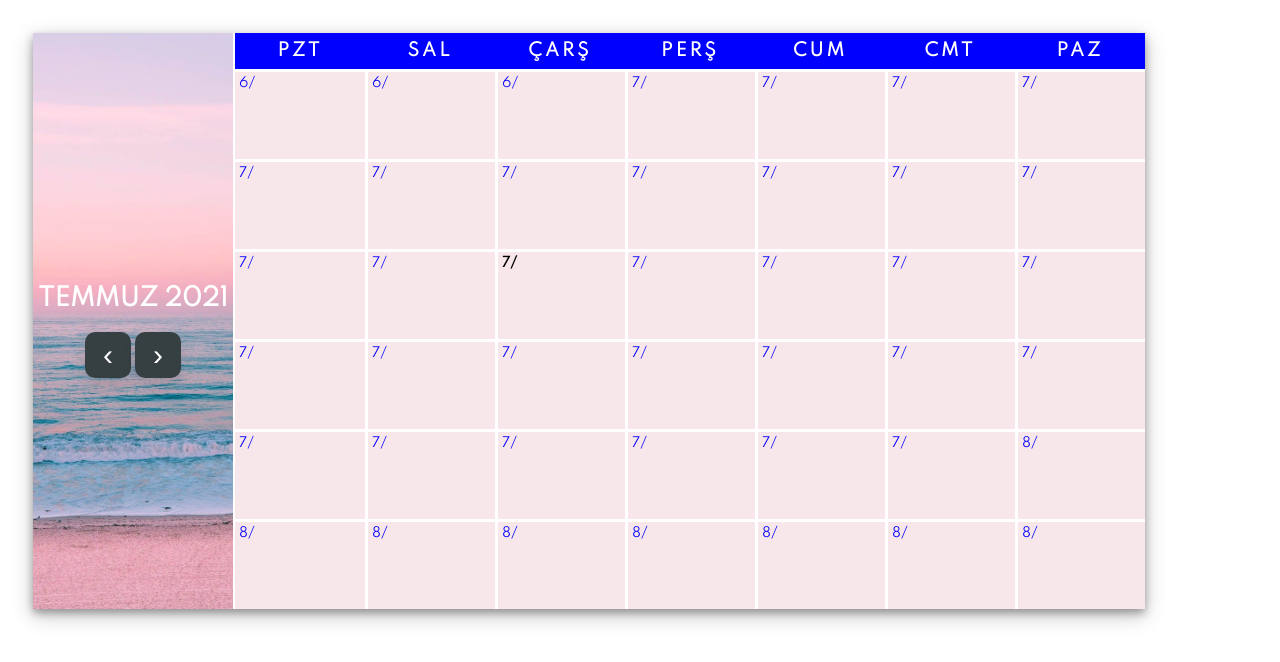
Repository: ahmetbugraozcan/javascript-calendar
Page: tablo.html
An editor plug-in stored every save of this project. The page is shown before and after the next save, followed by the edit.
The browser window is 1280 px wide. The pictures show the whole page.

Above is the page before, as saved 2021-07-14 11:58:51.

### tablo.html
<!DOCTYPE html>
<html lang="en">

<head>
    <link href='https://fonts.googleapis.com/css?family=Spartan' rel='stylesheet' type='text/css'>

    <meta charset="UTF-8">
    <meta http-equiv="X-UA-Compatible" content="IE=edge">
    <meta name="viewport" content="width=device-width, initial-scale=1.0">
    <title>Document</title>
</head>
<!--pazartesi salı çarş... için arrayler oluştur. arraylere göre günleri yerleştir.-->
<!--Veritabanı için dizi içinden kontroledivez. örneğin pazartesi[1] değeri 12 mayıs 2021 e eşitse databasede bununla eşleşen değeri getir
    ardından pazartesi[1] e eşdeğer olan id'li divin içeriği değişecek.-->

<style>
    /*bu rengi rgb(109, 109, 109) deaktifler için  de kullanabiliriz*/
    :root {
        /*üssttekilerden borderi al*/
        --border: 3.8px solid white;
        /* --border: 3.5px solid rgb(109, 109, 109);  */
        --backgroundcolor: #F8E7EA;
        /* --containercolor: #cc3c37; */
        /* --containercolor: rgb(196, 180, 180); */
        --containercolor: white;
    }

    body {
        font-family: 'Spartan', sans-serif;
    }

    * {
        box-sizing: border-box;
    }

    .days {
        background-color: blue;
        padding: 8px;
        color: white;
        letter-spacing: 3px;
        font-weight: bold;
        font-size: 17px;

    }

    .days,
    h2 {

        text-align: center;
    }


    .cell-last {

        border: none;
    }

    .cell-top {

        border-top: var(--border);
    }

    .button {
        /* butonları uzaklaştırıyor margin: 10px; */
        box-shadow: 0px white;
        font-size: 30px;
        background-color: #363f42;
        /* Green */
        border: none;
        border-radius: 10px;
        color: white;
        padding: 6px 18px;
        text-align: center;
        text-decoration: none;
        display: inline-block;
        box-shadow: 0px 8px 15px rgba(0, 0, 0, 0.1);
        transition: all 0.3s ease 0s;
        cursor: pointer;
    }

    .button:hover {
        background-color: #dce0dc;
        color: black;
        box-shadow: 0px 15px 20px rgba(209, 228, 220, 0.4);

        transform: translateY(-7px);
    }

    /* her hücre*/
    .cell,
    .cell-top,
    .cell-last {
        padding: 4px;
        cursor: pointer;
        background-color: var(--backgroundcolor);
        color: black;
        text-align: left;
        font-size: 13px;
        padding-right: 5px;
        text-overflow: clip;
        white-space: nowrap;
        overflow: hidden;
        border-top: var(--border);
        border-left: var(--border);
        width: 130px;
        height: 90px;
    }


    /*tablonun kendisi*/
    .calendar {

        box-shadow: 0 4px 8px 0 rgba(0, 0, 0, 0.3), 0 6px 20px 0 rgba(0, 0, 0, 0.24);
        margin: 25px;
        /* padding-right: 20px; #f26430; */
        overflow: hidden;
        display: flex;
        width: fit-content;
        background-color: var(--containercolor);
    }


    .container {

        display: flex;
        width: fit-content;
        flex-direction: row;
    }

    .not-defteri-header {

        justify-content: center;
        flex-direction: row;
        display: flex;
        align-items: center;
    }

    .calendar-header {
        /*default*/
        /* background-image: url('/images/ilkbahar.jpg'); */
        color: rgb(255, 255, 255);
        background-size: cover;
        margin-right: 2px;
        justify-content: center;
        width: 200px;
        flex-direction: column;
        display: flex;
        align-items: center;
    }

    .not-defteri {
        display: none;
        background-color: red;
        width: 350px;
    }
</style>

<body>

    <span class="container">
        <div class="calendar">
            <div class="calendar-header", id="calendar-header">
                <div>
                    <h2 id="currentDate"></h2>
                </div>
                <div>
                    <span>
                        <button type="button" class="button" id="next-button" onclick="previousDate()">
                            &#8249
                        </button>
                    </span>
                    <span>
                        <button class="button" id="previous-button" type="button" onclick="nextDate()">
                            &#8250
                        </button>
                    </span>
                </div>



            </div>
            <div>
                <div>
                    <div class="days">PZT</div>
                </div>
                <div class="cell-top" style="border-left: none;" id="pazartesi0">1</div>
                <div class="cell" style="border-left: none;" id="pazartesi1">1</div>
                <div class="cell" style="border-left: none;" id="pazartesi2">1</div>
                <div class="cell" style="border-left: none;" id="pazartesi3">1</div>
                <div class="cell" style="border-left: none;" id="pazartesi4">1</div>
                <div style="border-bottom: none; border-left: none;" class="cell" id="pazartesi5">1</div>
            </div>
            <div>
                <div>
                    <div class="days">SAL</div>
                </div>
                <div class="cell-top" id="sali0">1</div>
                <div class="cell" id="sali1">1</div>
                <div class="cell" id="sali2">1</div>
                <div class="cell" id="sali3">1</div>
                <div class="cell" id="sali4">1</div>
                <div style="border-bottom: none;" class="cell" id="sali5">1</div>
            </div>
            <div>
                <div>
                    <div class="days">ÇARŞ</div>
                </div>
                <div class="cell-top" id="carsamba0">1</div>
                <div class="cell" id="carsamba1">1</div>
                <div id="carsamba2" class="cell">1</div>
                <div id="carsamba3" class="cell">1</div>
                <div id="carsamba4" class="cell">1</div>
                <div style="border-bottom: none;" id="carsamba5" class="cell">1</div>
            </div>
            <div>
                <div>
                    <div class="days">PERŞ</div>
                </div>
                <div class="cell-top" id="persembe0">1</div>
                <div class="cell" id="persembe1">1</div>
                <div id="persembe2" class="cell">1</div>
                <div id="persembe3" class="cell">1</div>
                <div id="persembe4" class="cell">1</div>
                <div style="border-bottom: none;" id="persembe5" class="cell">1</div>
            </div>
            <div>
                <div>
                    <div class="days">CUM</div>
                </div>
                <div class="cell-top" id="cuma0">1</div>
                <div class="cell" id="cuma1">1</div>
                <div id="cuma2" class="cell">1</div>
                <div id="cuma3" class="cell">1</div>
                <div id="cuma4" class="cell">1</div>
                <div style="border-bottom: none;" id="cuma5" class="cell">1</div>
            </div>
            <div>
                <div>
                    <div class="days">CMT</div>
                </div>
                <div class="cell-top" id="cumartesi0">1</div>
                <div class="cell" id="cumartesi1">1</div>
                <div class="cell" id="cumartesi2">1</div>
                <div class="cell" id="cumartesi3">1</div>
                <div class="cell" id="cumartesi4">1</div>
                <div style="border-bottom: none;" class="cell" id="cumartesi5">1</div>

            </div>
            <div>

                <div>
                    <div class="days">PAZ</div>
                </div>
                <div id="pazar0" class="cell-top">1</div>
                <div id="pazar1" class="cell-last">1</div>
                <div id="pazar2" class="cell-last">1</div>
                <div id="pazar3" class="cell-last">1</div>
                <div id="pazar4" class="cell-last">1</div>
                <div style="border-bottom: none;" id="pazar5" class="cell-last">1</div>
            </div>
        </div>
        <div id="not-defteri" class="not-defteri">
            <div class="not-defteri-header">
                <h1>Yapılacaklar</h1>
                <button onclick="disableNotePad()">Kapat</button>
            </div>
            <div id="not-defteri-1"></div>
            <div id="not-defteri-2"></div>

        </div>
    </span>

    <script src="takvim.js">
    </script>



</html>

### takvim.js
function daysInMonth(month, year) {
    return new Date(year, month, 0).getDate();
}


var currentDate = new Date();
var pazartesi = [];
var sali = [];
var carsamba = [];
var persembe = [];
var cuma = [];
var cumartesi = [];
var pazar = [];
var gunler = ["pazar", "pazartesi", "sali", "carsamba", "persembe", "cuma", "cumartesi"];
var baslanacakDate = new Date(currentDate.getFullYear(), currentDate.getMonth(), 1);
var currentMonth = baslanacakDate.getMonth();
var currentYear = baslanacakDate.getFullYear();

// document.getElementById("previous-button").onclick = previousDate();
// document.getElementById("next-button").onclick = nextDate();

fillCalendar();




function fillCalendar() {

    var firstDate = baslanacakDate.getDay();
    if (firstDate == 0) {
        firstDate = 7;
    }
    baslanacakDate.setDate((baslanacakDate.getDate()) - (firstDate));
    // var today = new Date();
    // var todayWithoutTime = new Date(today.getFullYear(), today.getMonth(), today.getDate() );



    for (let i = 1; i <= 42; i++) {
        baslanacakDate.setDate((baslanacakDate.getDate()) + (1));
        // bir tabloda 42 gün var o ayın kaç çektiğini bul bu aydan geriye kaç sayacağız ona bul bu aydan ileri kaç sayacağız onu bul ve ona göre bir date oluştur.
        //ardından bu for döngüsünü kullan

        // if(baslanacakDate.toDateString() ==  todayWithoutTime.toDateString()){
        //     console.log("bugün eşitlendi : " + i);
        //     counter = i;
        // }

        switch (baslanacakDate.getDay()) {
            case 0:
                pazar.push(baslanacakDate.toLocaleDateString());

                break;
            case 1:
                pazartesi.push(baslanacakDate.toLocaleDateString());
                break;
            case 2:
                sali.push(baslanacakDate.toLocaleDateString());
                break;
            case 3:
                carsamba.push(baslanacakDate.toLocaleDateString());
                break;

            case 4:
                persembe.push(baslanacakDate.toLocaleDateString());
                break;

            case 5:
                cuma.push(baslanacakDate.toLocaleDateString());
                break;

            case 6:
                cumartesi.push(baslanacakDate.toLocaleDateString());
                break;
        }
    }


    document.getElementById("currentDate").innerHTML = getMonthAsString(currentMonth) + " " + currentYear;
    for (let i = 0; i < 6; i++) {
        document.getElementById(`pazar${i}`).innerHTML = getDayAsString(pazar[i]);

        document.getElementById(`pazartesi${i}`).innerHTML = getDayAsString(pazartesi[i]);
        document.getElementById(`sali${i}`).innerHTML = getDayAsString(sali[i]);
        document.getElementById(`carsamba${i}`).innerHTML = getDayAsString(carsamba[i]);
        document.getElementById(`persembe${i}`).innerHTML = getDayAsString(persembe[i]);
        document.getElementById(`cuma${i}`).innerHTML = getDayAsString(cuma[i]);
        document.getElementById(`cumartesi${i}`).innerHTML = getDayAsString(cumartesi[i]);

        document.getElementById(`pazar${i}`).style.color = "#0000FF";
        document.getElementById(`pazar${i}`).style.fontWeight = "500";

        document.getElementById(`pazartesi${i}`).style.color = "#0000FF";
        document.getElementById(`pazartesi${i}`).style.fontWeight = "500";

        document.getElementById(`sali${i}`).style.color = "#0000FF";
        document.getElementById(`sali${i}`).style.fontWeight = "500";

        document.getElementById(`carsamba${i}`).style.color = "#0000FF";
        document.getElementById(`carsamba${i}`).style.fontWeight = "500";

        document.getElementById(`persembe${i}`).style.color = "#0000FF";
        document.getElementById(`persembe${i}`).style.fontWeight = "500";

        document.getElementById(`cuma${i}`).style.color = "#0000FF";
        document.getElementById(`cuma${i}`).style.fontWeight = "500";

        document.getElementById(`cumartesi${i}`).style.color = "#0000FF";
        document.getElementById(`cumartesi${i}`).style.fontWeight = "500";

        document.getElementById(`pazar${i}`).onclick = function (event) {
            testfunc(`pazar${i}`);
        }
        document.getElementById(`pazartesi${i}`).onclick = function (event) {
            testfunc(`pazartesi${i}`);
        }
        document.getElementById(`sali${i}`).onclick = function (event) {
            testfunc(`sali${i}`);
        }
        document.getElementById(`carsamba${i}`).onclick = function (event) {
            testfunc(`carsamba${i}`);
        }
        document.getElementById(`persembe${i}`).onclick = function (event) {
            testfunc(`persembe${i}`);
        }

        document.getElementById(`cuma${i}`).onclick = function (event) {
            testfunc(`cuma${i}`);
        }
        document.getElementById(`cumartesi${i}`).onclick = function (event) {
            testfunc(`cumartesi${i}`);
        }


        if (pazar[i] == currentDate.toLocaleDateString()) {

            document.getElementById(`pazar${i}`).style.color = "black";
            document.getElementById(`pazar${i}`).style.fontWeight = "bold";
        } else if (pazartesi[i] == currentDate.toLocaleDateString()) {

            document.getElementById(`pazartesi${i}`).style.color = "black";
            document.getElementById(`pazartesi${i}`).style.fontWeight = "bold";
        } else if (sali[i] == currentDate.toLocaleDateString()) {

            document.getElementById(`sali${i}`).style.color = "black";
            document.getElementById(`sali${i}`).style.fontWeight = "bold";
        } else if (carsamba[i] == currentDate.toLocaleDateString()) {
            document.getElementById(`carsamba${i}`).style.fontWeight = "bold";
            document.getElementById(`carsamba${i}`).style.color = "black";
        } else if (persembe[i] == currentDate.toLocaleDateString()) {
            document.getElementById(`persembe${i}`).style.fontWeight = "bold";
            document.getElementById(`persembe${i}`).style.color = "black";
        } else if (cuma[i] == currentDate.toLocaleDateString()) {
            document.getElementById(`cuma${i}`).style.fontWeight = "bold";
            document.getElementById(`cuma${i}`).style.color = "black";
        } else if (cumartesi[i] == currentDate.toLocaleDateString()) {
            document.getElementById(`cumartesi${i}`).style.fontWeight = "bold";
            document.getElementById(`cumartesi${i}`).style.color = "black";
        }


        //-----------------------------------------------------------------
        // if (!isFromThisMonth(pazar[i])) {
        //     document.getElementById(`pazar${i}`).style.backgroundColor = "white";
        // } else {
        //     document.getElementById(`pazar${i}`).style.backgroundColor = "#303536"
        // }
        // if (!isFromThisMonth(pazartesi[i])) {
        //     document.getElementById(`pazartesi${i}`).style.backgroundColor = "white";
        // } else {
        //     document.getElementById(`pazartesi${i}`).style.backgroundColor = "#303536"
        // }
        // if (!isFromThisMonth(sali[i])) {
        //     document.getElementById(`sali${i}`).style.backgroundColor = "white";
        // } else {
        //     document.getElementById(`sali${i}`).style.backgroundColor = "#303536"
        // }
        // if (!isFromThisMonth(carsamba[i])) {
        //     document.getElementById(`carsamba${i}`).style.backgroundColor = "white";
        // } else {
        //     document.getElementById(`carsamba${i}`).style.backgroundColor = "#303536"
        // }
        // if (!isFromThisMonth(persembe[i])) {
        //     document.getElementById(`persembe${i}`).style.backgroundColor = "white";
        // } else {
        //     document.getElementById(`persembe${i}`).style.backgroundColor = "#303536"
        // }
        // if (!isFromThisMonth(cuma[i])) {
        //     document.getElementById(`cuma${i}`).style.backgroundColor = "white";
        // } else {
        //     document.getElementById(`cuma${i}`).style.backgroundColor = "#303536"
        // }
        // if (!isFromThisMonth(cumartesi[i])) {
        //     document.getElementById(`cumartesi${i}`).style.backgroundColor = "white";
        // } else {
        //     document.getElementById(`cumartesi${i}`).style.backgroundColor = "#303536"
        // }
    }

    setBackgroundImage();

}

//  function isFromThisMonth(yollanandate) {
//         console.log(Date(pazar[0]));
//         if (Date(yollanandate).getMonth() != currentMonth) {
//             return false;
//         } else {
//             return true;
//         }
//     }
function disableNotePad() {
    var notePad = document.getElementById("not-defteri");
    notePad.style.display = "none";
}

function testfunc(text) {
    var list = document.getElementById("not-defteri");
    var paragraf1 = document.getElementById("not-defteri-1");
    var paragraf2 = document.getElementById("not-defteri-2");
    list.style.display = "block";
    paragraf1.innerHTML = `${text}`;
    paragraf2.innerHTML = `${text}`;
    // while (list.hasChildNodes()) {
    //     list.removeChild(list.firstChild);
    // }
    // var element = document.createElement("div"); // Create a <p> node
    // var yapilacaklar= document.createTextNode(`${text}-${currentMonth}-${currentYear}  yapılacaklar`);


    // var x = document.createElement("div"); // Create a <p> node
    // var t = document.createTextNode(`${text}`);
    // element.appendChild(yapilacaklar);
    // x.appendChild(t);
    // list.appendChild(element);
    // list.appendChild(x);

    //databaseye birşeyler eklerken key olarak bu text değeri + yıl ay olarak ekleriz örneğin pazartesi[4] value olarak da valuesunu yollarız ve çekerken de bu key değerine göre çekeriz

}

function previousDate() {

    pazar = [];
    pazartesi = [];
    sali = [];
    carsamba = [];
    persembe = [];
    cuma = [];
    cumartesi = [];
    if (currentMonth > 0) {
        currentMonth--;
    } else {
        currentMonth = 11;
        currentYear--;
    }
    baslanacakDate = new Date(currentYear, currentMonth, 1);
    fillCalendar();


}

function getDayAsString(string) {
    var donulecekString = "";
    if (string[0] == 0) {} else {
        donulecekString += string[0];
    }
    donulecekString += string[1];
    return donulecekString;
}





function getMonthAsString(date) {
    switch (date) {
        case 0:
            return "OCAK";
        case 1:
            return "ŞUBAT";
        case 2:
            return "MART";
        case 3:
            return "NİSAN";
        case 4:
            return "MAYIS";
        case 5:
            return "HAZİRAN";
        case 6:
            return "TEMMUZ";
        case 7:
            return "AĞUSTOS";
        case 8:
            return "EYLÜL";
        case 9:
            return "EKİM";
        case 10:
            return "KASIM";
        case 11:
            return "ARALIK";
    }
}

function setBackgroundImage() {
    var doc = document.getElementById("calendar-header");
    console.log("bu ay : " + currentMonth)


    switch (currentMonth) {
        // case 6:
        //     console.log("tekli girdik");
        //     document.getElementById("calendar-header").style.backgroundImage= "url('/images/yaz.jpg')";
        // break;
        case 11:
        case 0:
        case 1:
            console.log("kis durumuna girdik");
            doc.style.backgroundImage = "url('/images/kis.png')";
            break;
        case 2:
        case 3:
        case 4:
            console.log("ilkbahar durumuna girdik");
            doc.style.backgroundImage = "url('/images/ilkbahar.jpg')";
            break;
        case 5:
        case 6:
        case 7:
            console.log("yaz durumuna girdik");
            doc.style.backgroundImage = "url('/images/yaz.jpg')";
            break;
        case 8:
        case 9:
        case 10:
            console.log("sonbahar durumuna girdik");
            doc.style.backgroundImage = "url('/images/sonbahar.jpg')";
            break;

    }
}

function nextDate() {

    pazar = [];
    pazartesi = [];
    sali = [];
    carsamba = [];
    persembe = [];
    cuma = [];
    cumartesi = [];
    if (currentMonth < 11) {
        currentMonth++;
    } else {
        currentMonth = 0;
        currentYear++;
    }
    baslanacakDate = new Date(currentYear, currentMonth, 1);
    fillCalendar();

}

After the next save:
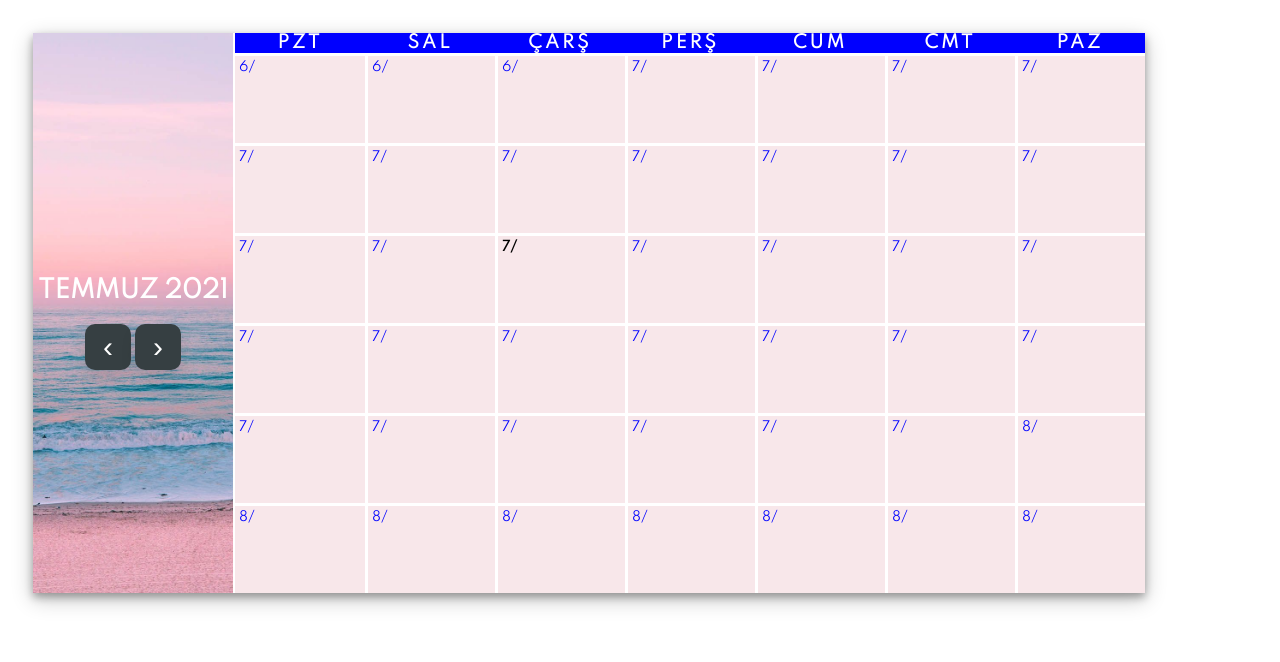
Saved 56 s later.
--- a/tablo.html
+++ b/tablo.html
@@ -35,7 +35,7 @@
 
     .days {
         background-color: blue;
-        padding: 8px;
+
         color: white;
         letter-spacing: 3px;
         font-weight: bold;

After the save that followed:
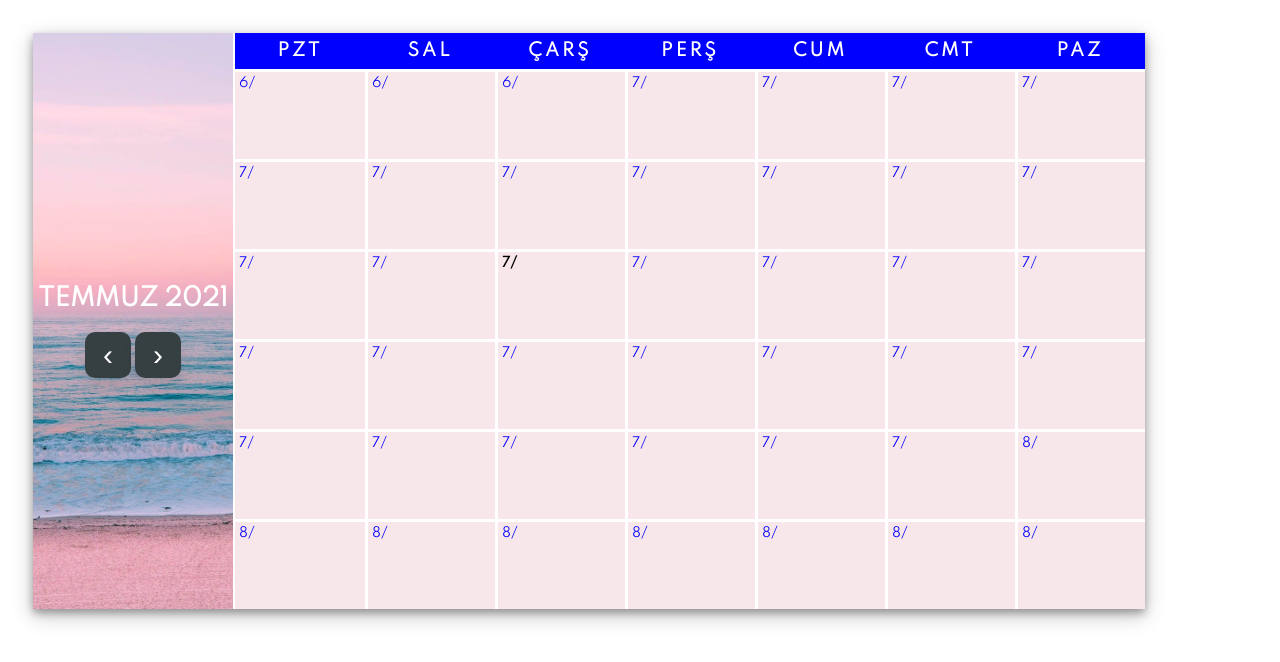
Saved 5 s later.
--- a/tablo.html
+++ b/tablo.html
@@ -35,7 +35,7 @@
 
     .days {
         background-color: blue;
-
+        padding: 8px;
         color: white;
         letter-spacing: 3px;
         font-weight: bold;
